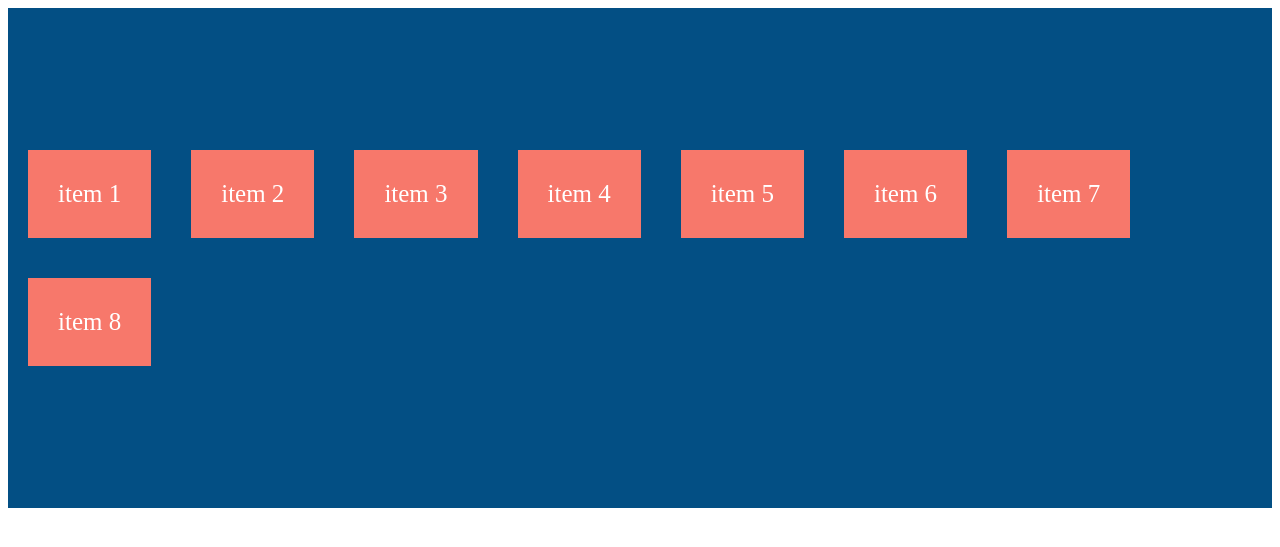
Repository: mehmetbuber38/flex
Page: flex-row-alignment.html
These files come from the project's save history. The page is drawn as it stood at one moment and after the next save; the edit follows.
The browser window is 1280 px wide. The pictures show the whole page.

Above is the page before, as saved 2022-01-31 20:56:34.

After the next save:
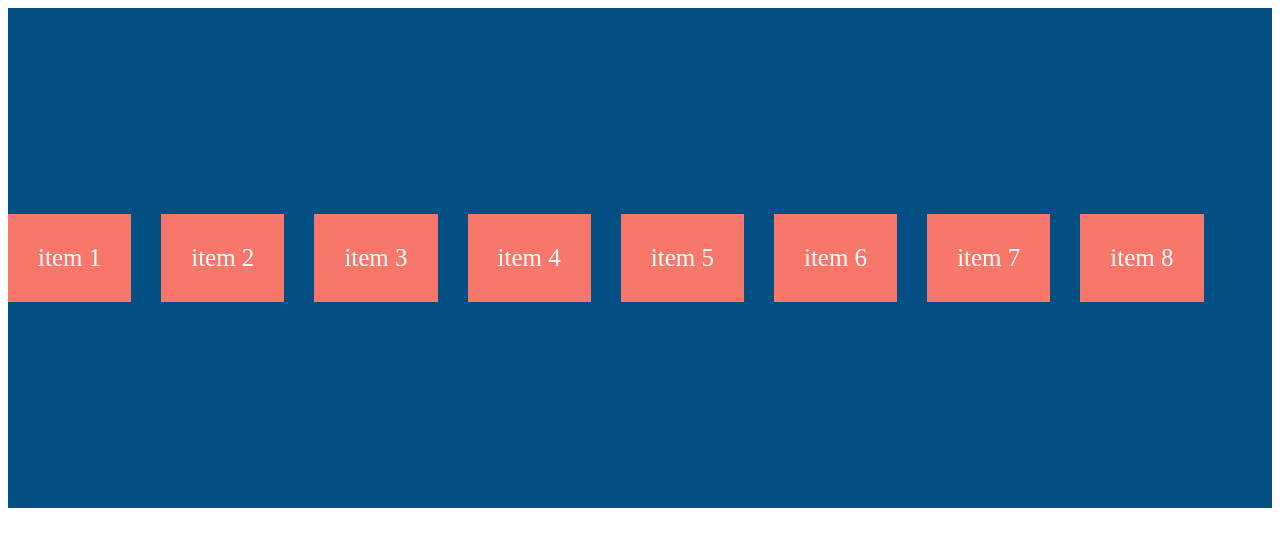
Saved 5 min 9 s later.
--- a/flex-row-alignment.html
+++ b/flex-row-alignment.html
@@ -11,8 +11,18 @@
     .container {
         display: flex;
         flex-wrap: wrap;
-        /* align-items: center; */
+        gap: 30px;
+        /*Hem yatayda hem dikeyde 30px liık bosluk bırakır.*/
+        /* row-gap: 20px; Dikey ekseninde 20px lik boşluk bırakır */
+        /* column-gap: 20px; Yatay ekseninde 20px lik boşluk bırakır. */
+        /* align-items: center; itemleri ortalar  */
         align-content: center;
+        /*Content dediğimizde ise container alanının ortasını kaplar. */
+        /* align-content: flex-end; */
+        /* align-content: flex-start; */
+        /* align-content: space-around; */
+        /* align-content: space-between; */
+        /* align-content: space-evenly; */
         height: 500px;
         background-color: #034f84;
 
@@ -21,7 +31,7 @@
     .item {
         background-color: #f7786b;
         padding: 30px;
-        margin: 20px;
+        /* margin: 20px; */
         color: #fff;
         font-size: 25px;
     }
